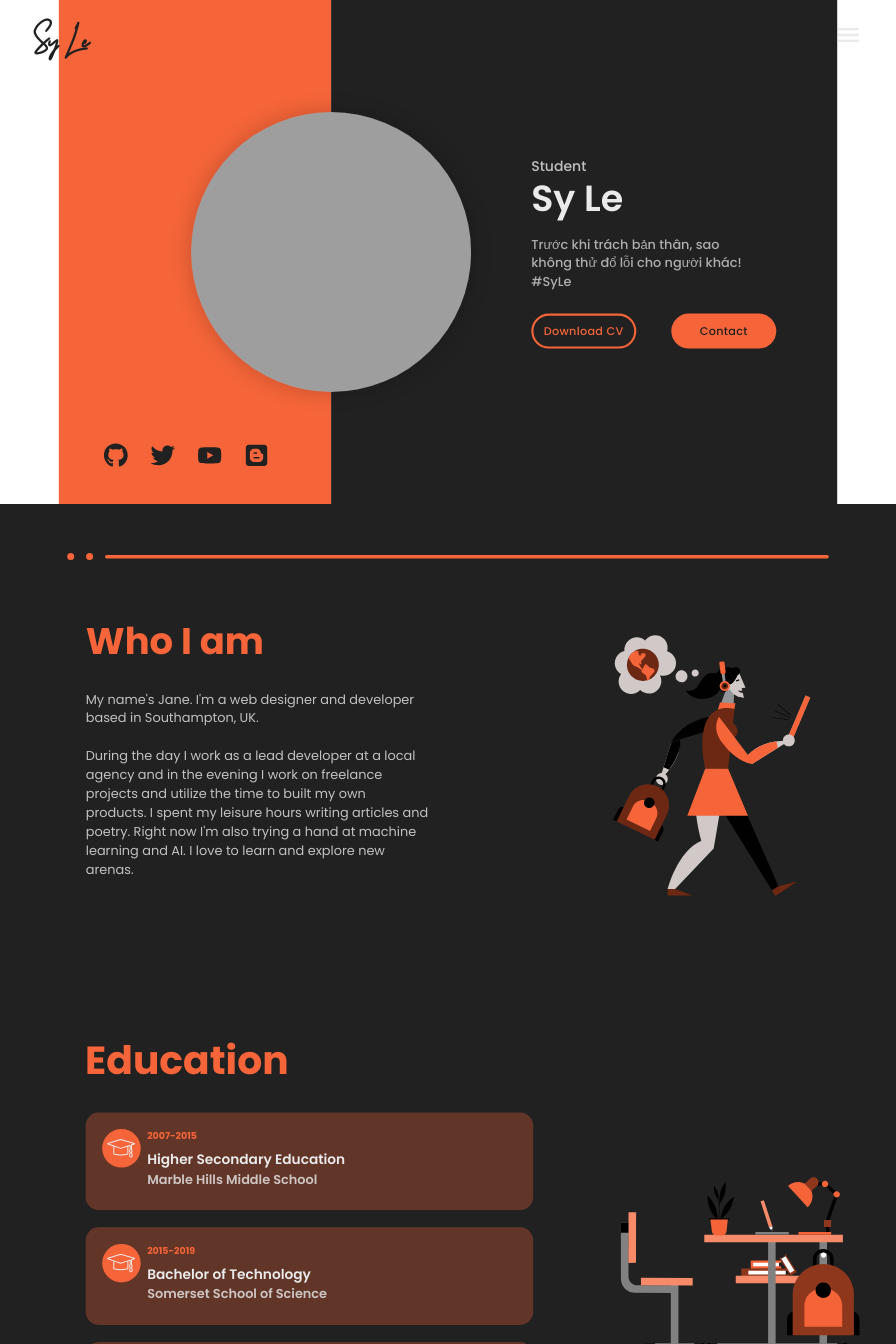
Repository: SyLe-Van/Webite_Subject
Page: / (app in Lab3/Homework/homework4/)
An editor plug-in stored every save of this project. The page is shown before and after the next save, followed by the edit.
The browser window is 1280 px wide. The pictures show the part of the page from y = 0 to 1920 px (the page is 7857 px tall), at 70% of full size.
Pictures or frames that could not be fetched are drawn as grey boxes. Some web fonts or font styles are not loaded; a fallback is used. The project was rebuilt for these pictures with package versions that can differ from the ones it lists, and the page was loaded fresh each time. Also part of the build but not shown: Lab3/Homework/homework4/src/pages/Blog/BlogPage.css, Lab3/Homework/homework4/src/pages/Blog/BlogPage.js, Lab3/Homework/homework4/src/pages/Project/ProjectPage.css, Lab3/Homework/homework4/src/pages/Project/ProjectPage.js. Imported but missing from the stored project, and not drawn on this page: Lab3/Homework/homework4/src/assets/pdf/resume.pdf.

Above is the page before, as saved 2023-12-01 15:55:00.

After the next save:
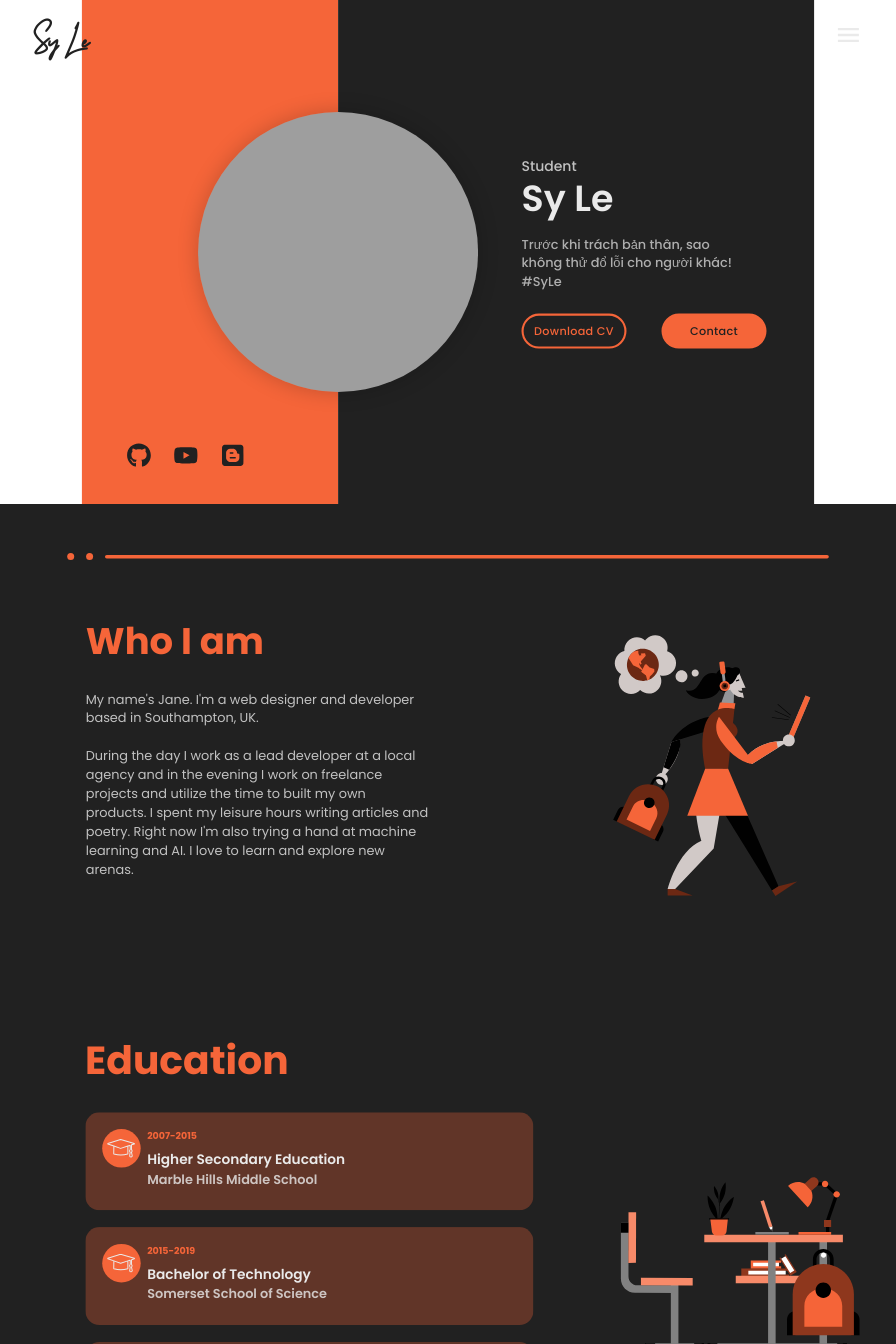
Saved 9 s later.
--- a/Lab3/Homework/homework4/src/components/Landing/Landing.js
+++ b/Lab3/Homework/homework4/src/components/Landing/Landing.js
@@ -89,19 +89,7 @@ function Landing() {
                                 />
                             </a>
                         )}
-                        {socialsData.twitter && (
-                            <a
-                                href={socialsData.twitter}
-                                target='_blank'
-                                rel='noreferrer'
-                            >
-                                <FaTwitter
-                                    className='landing--social'
-                                    style={{ color: theme.secondary }}
-                                    aria-label='Twitter'
-                                />
-                            </a>
-                        )}
+
                         {socialsData.youtube && (
                             <a
                                 href={socialsData.youtube}
